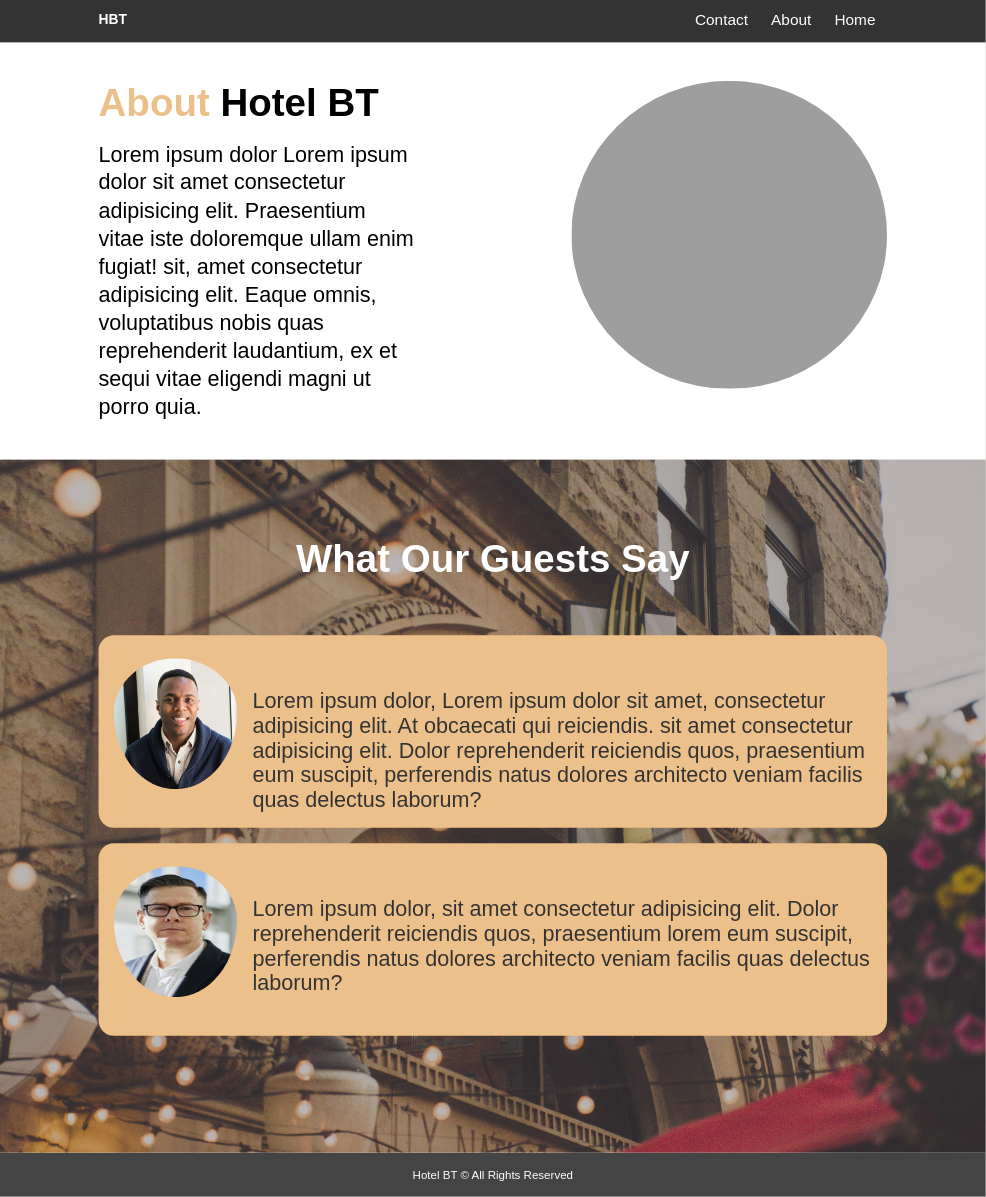
Repository: reemoon-ctrl/35---hotel-website
Page: about.html
These files come from the project's save history. The page is drawn as it stood at one moment and after the next save; the edit follows.
The browser window is 1280 px wide. The pictures show the whole page, at 77% of full size.
Pictures or frames that could not be fetched are drawn as grey boxes.

Above is the page before, as saved 2024-07-24 21:20:32.

After the next save:
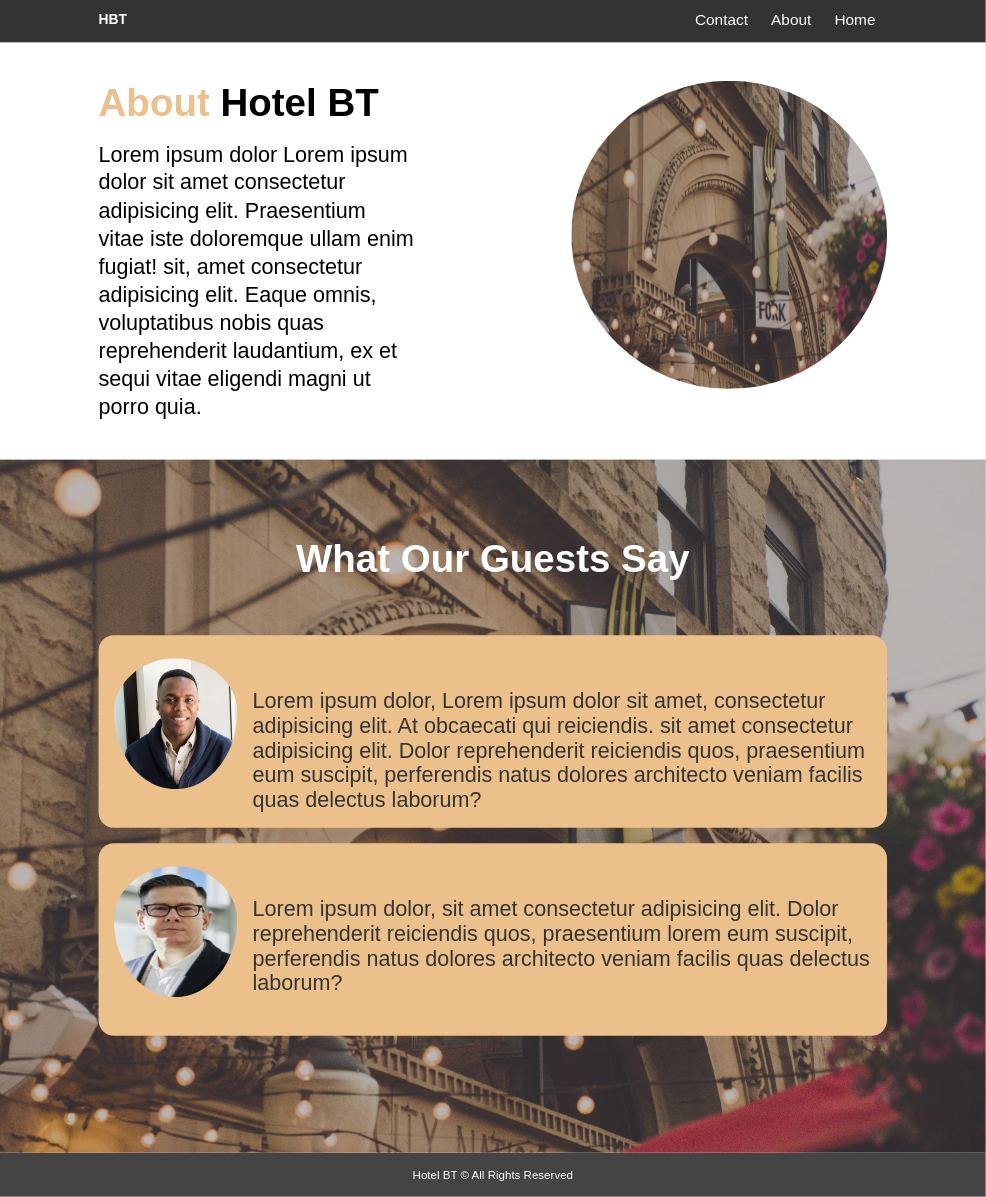
Saved 6 s later.
--- a/about.html
+++ b/about.html
@@ -29,7 +29,7 @@
             <p>Lorem ipsum dolor Lorem ipsum dolor sit amet consectetur adipisicing elit. Praesentium vitae iste doloremque ullam enim fugiat! sit, amet consectetur adipisicing elit. Eaque omnis, voluptatibus nobis quas reprehenderit laudantium, ex et sequi vitae eligendi magni ut porro quia.
             </p>
            </div>
-            <img class="hotel-img2" src="/img/" alt="Hotel-image">
+            <img class="hotel-img2" src="/img/test-bg.jpg" alt="Hotel-image">
         </div>
     </main>
     <aside>

After the save that followed:
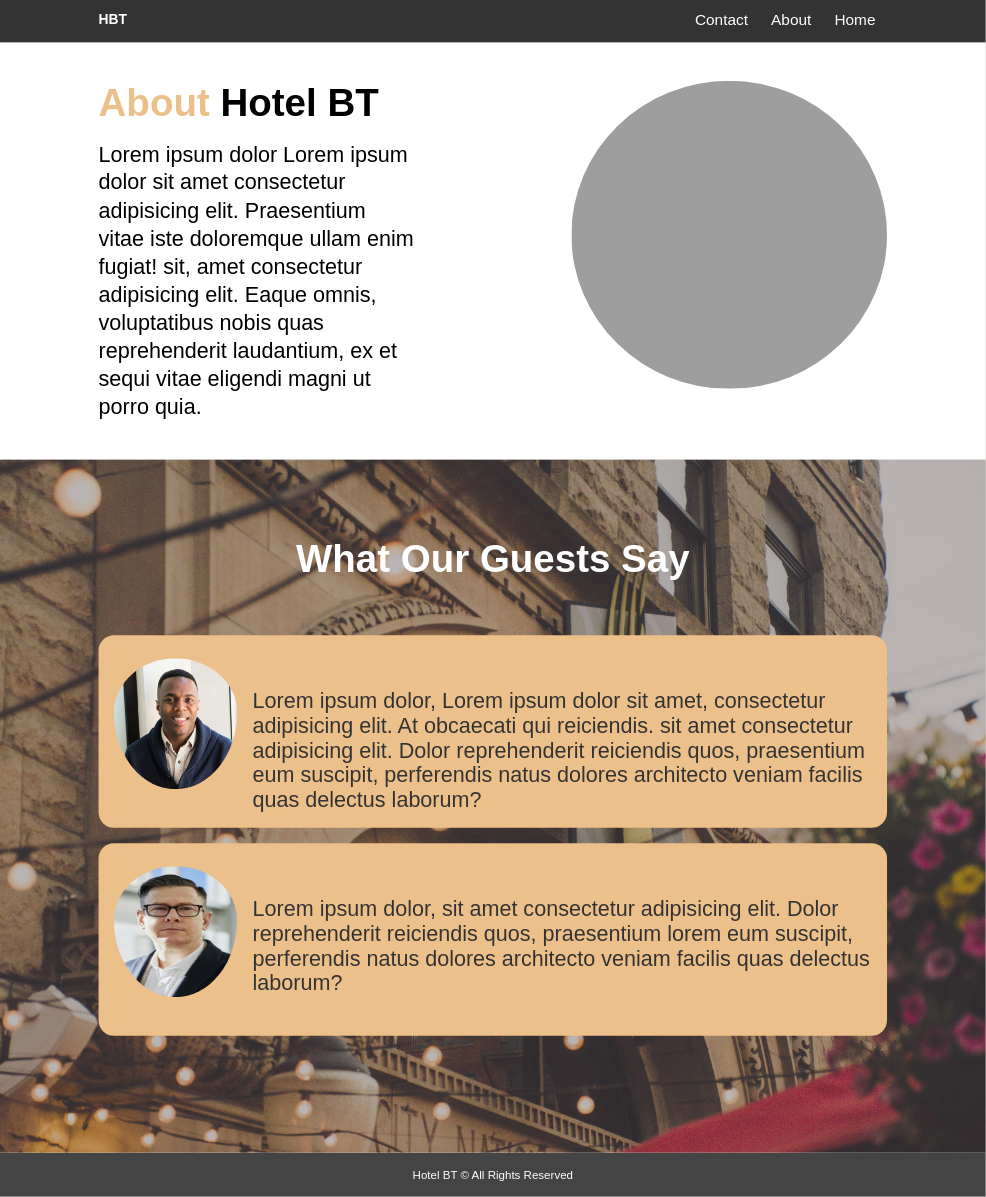
Saved 20 s later.
--- a/about.html
+++ b/about.html
@@ -29,7 +29,7 @@
             <p>Lorem ipsum dolor Lorem ipsum dolor sit amet consectetur adipisicing elit. Praesentium vitae iste doloremque ullam enim fugiat! sit, amet consectetur adipisicing elit. Eaque omnis, voluptatibus nobis quas reprehenderit laudantium, ex et sequi vitae eligendi magni ut porro quia.
             </p>
            </div>
-            <img class="hotel-img2" src="/img/test-bg.jpg" alt="Hotel-image">
+            <img class="hotel-img2" src="/img/" alt="Hotel-image">
         </div>
     </main>
     <aside>
